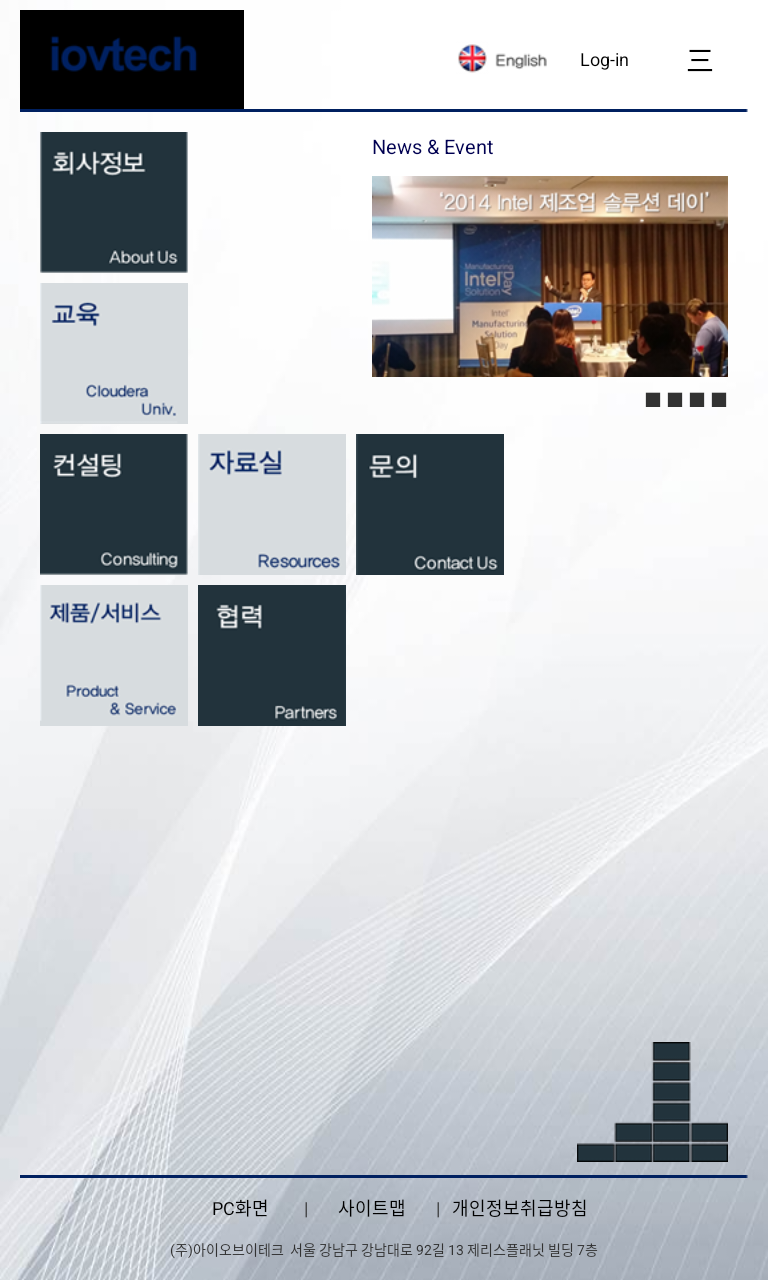
Repository: hyekkyung/CDH_Tutorials
Layout: Mobile_IOV/res/layout/m_main_kor.xml
An editor plug-in stored every save of this project. The layout is shown before and after the next save, followed by the edit.
It is drawn on a 768 x 1280 px phone screen (xhdpi) without system bars, with theme AppTheme; the app's code is not run.

Above is the layout before, as saved 2015-02-02 08:37:55.

After the next save:
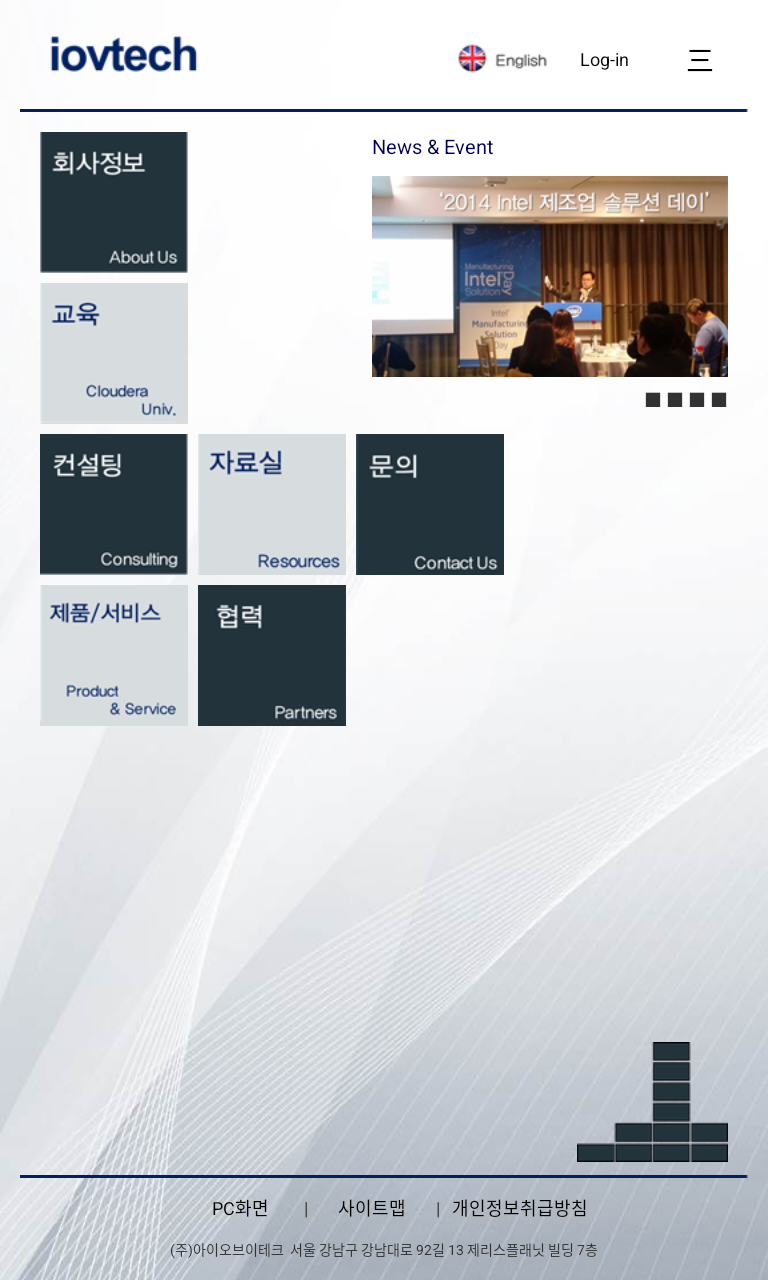
Saved 70 s later.
--- a/Mobile_IOV/res/layout/m_main_kor.xml
+++ b/Mobile_IOV/res/layout/m_main_kor.xml
@@ -18,7 +18,7 @@
 
         <ImageButton
        		android:id="@+id/home_btn"
-            android:background="#000000"
+            android:background="#00000000"
             android:layout_width="wrap_content"
             android:layout_height="wrap_content"
             android:src="@drawable/logo_03" />
